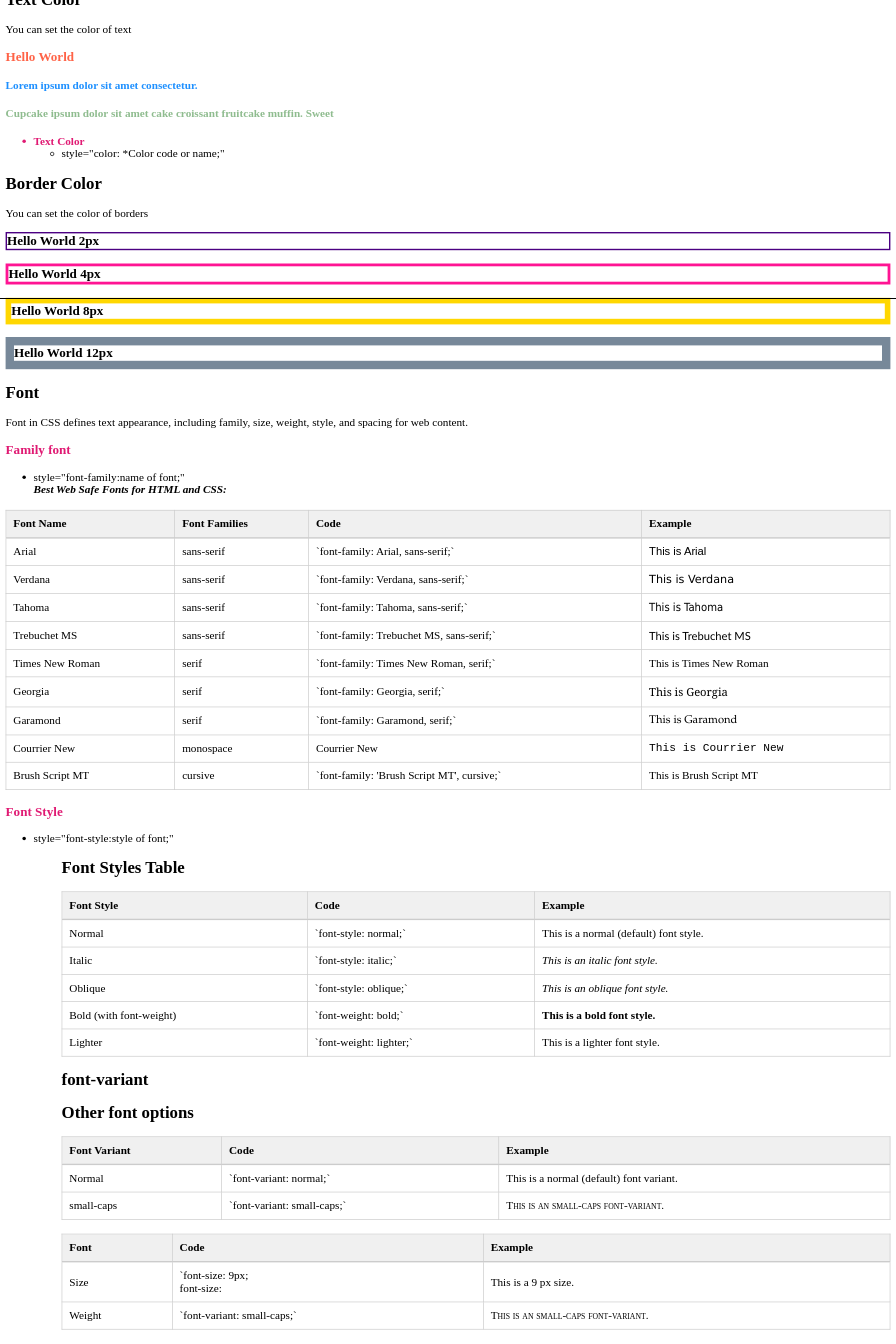
Repository: AnnaSpirit/2025_
Page: Bases/OK/HTML_Text_Formatting.html
These files come from the project's save history. The page is drawn as it stood at one moment and after a run of saves; the edit follows.
The browser window is 1280 px wide. The pictures show the part of the page from y = 2479 to 4399 px (the page is 4399 px tall), at 70% of full size.

Above is the page before, as saved 2025-01-09 16:51:43.

### Bases/OK/HTML_Text_Formatting.html
<!DOCTYPE html>
<html lang="en">

<head>
    <meta charset="UTF-8">
    <meta name="viewport" content="width=device-width, initial-scale=1.0">
    <title>HTML Text Formatting</title>
    <a href="HTML_Colors.html"></a>
</head>

<body>
    <h1>HTML contains several elements for defining text with a special meaning.</h1>
    <a href="HTML_Colors.html">
        <h2>Go Back: HTML_Colors</h2></a>
    <p>
    <ul>
        <li style="color:red;"> b< - >Bold text &#61 Strong;
            <ul>
                <li style="color:black;"><b>Bold</b> text</li>
            </ul>
        </li><br>
        <li style="color:red;"> strong< - >Important text &#61 Bold
            <ul>
                <li style="color:black;"><strong>Important</strong> text</li>
            </ul>
        </li><br>
        <li style="color:red;"> i< - >Italic text &#61 Emphasized
            <ul>
                <li style="color:black;"><i>Italic</i> text</li>
            </ul>
        </li><br>

        <li style="color:red;">em< - >Emphasized text &#61 Italic
            <ul>
                <li style="color:black;"><em>Emphasized</em> text</li>
            </ul>
        </li><br>
        <li style="color:red;"> u< - >Underlined text &#61 Inserted
            <ul>
                <li style="color:black;"><u>Underlined</u> text</li>
            </ul><br>
        <li style="color:red;">ins< - >Inserted text &#61 Underlined
            <ul>
                <li style="color:black;"><ins>Inserted</ins> text</li>
            </ul><br>
        <li style="color:red;">small< - >Smaller text
            <ul>
                <li style="color:black;"><small>Smaller</small> text</li>
            </ul>
        </li><br>
        <li style="color:red;">del< - >Deleted text &#61 Strikethrough
            <ul>
                <li style="color:black;"><del>Deleted</del> text</li>
            </ul>
        </li><br>
        <li style="color:red;">s< - >strikethrough text &#61 Deleted
            <ul>
                <li style="color:black;"><s>strikethrough</s> text</li>
            </ul>
        </li><br>
        <li style="color:red;"> mark< - >Marked text (Highlighted in yellow)
            <ul>
                <li style="color:black;"><mark>Marked</mark> text</li>
            </ul>
        </li><br>
        <li style="color:red;">sub< - >Subscript text
            <ul>
                <li style="color:black;"><sub>Subscript</sub> text</li>
            </ul>
        </li><br>
        <li style="color:red;">sup< - >Superscript text
            <ul>
                <li style="color:black;"><sup>Superscript</sup> text</li>
            </ul>
        </li>
    </ul>
    </p>
    <hr>
    <p>
    <h1>HTML Quotation and Citation Elements</h1>
    <h3>In this chapter we will go through the blockquote>,q>, abbr>, address>, cite>, and bdo> HTML elements.</h3>
    <ul>
        <li style="color:rgb(49, 169, 49);"> HTML blockquote> for Quotations
            <ul>
                <li style="color: black;">
                    <blockquote cite=" http://www.worldwildlife.org/who/index.html">For 60 years,...</blockquote>
                </li><br>
            </ul>
        <li style="color:rgb(49, 169, 49);"> HTML q> for Short Quotations
            <ul>
                <li style="color: black;"> WWF's goal is to: <q><em>Build a future where people live in harmony with
                            nature.</em></q></li>
            </ul>
        </li><br>
        <li style=" color:rgb(49, 169, 49);">HTML abbr> for Abbreviations
            <ul>
                <li style="color: black;">
                    <p>The <abbr title="World Health Organization">WHO</abbr> was founded in 1948.</p>
                </li>
            </ul>
        </li><br>
        <li style=" color:rgb(49, 169, 49);">HTML address> for Contact Information
            <ul>
                <li style="color: black;">
                    <address>
                        Written by John Doe.<br>
                        Visit us at:<br>
                        Example.com<br>
                        Box 564, Disneyland<br>
                        USA
                    </address>
                </li>
            </ul>
        </li><br>
        <li style=" color:rgb(49, 169, 49);">HTML cite> for Work Title
            <ul>
                <li style="color: black;">
                    <p><cite>The Scream</cite> by Edvard Munch. Painted in 1893.</p>
                </li>
            </ul>
        </li><br>
        <li style=" color:rgb(49, 169, 49);">HTML bdo> for Bi-Directional Override
            <ul>
                <li style="color: black;"><bdo dir="rtl">This text will be written from right to
                        left.</bdo><mark>||</mark>This text will be written from right to left.<br>
                    specific for <b>HEBREW</b> for example</li> <bdo dir="ltr">Left to Right</bdo>=
                LTR<mark>||</mark><bdo dir="rtl">Right to Left</bdo> = RTL
            </ul>
        </li>
    </ul>
    </h1>
    </p>
    <hr>
    <p>
    <h1>HTML_Colors</h1>
    <p>HTML colors are specified with predefined color names, or with RGB, HEX, HSL, RGBA, or HSLA values.</p>
    <a href="HTML_Colors.html">
        <h2>Colors Names</h2>
    </a>
    <p>In HTML, a color can be specified by using a color name</p>

    <h2>Color Values</h2>

    <p>In HTML, colors can also be specified using <b>RGB</b><sub> (value represents RED, GREEN, and BLUE light
            sources)</sub>, <b>HEX</b><sub>(hexadecimal color is specified with: #RRGGBB, where the RR (red), GG (green)
            and BB (blue) hexadecimal integers specify the components of the color.)</sub>, <b>HSL</b><sub> (stands for
            hue, saturation, and lightness.)</sub>, <b>RGBA</b><sub> (value is an extension of RGB with an Alpha channel
            (opacity)).</sub> and <b>HSLA</b><sub> (values are an extension of HSL with an Alpha channel
            (opacity)).</sub><br>

    <p>The following three elements have their background color set with RGB, HEX, and HSL values.<br>
    <h5>Ultramarine Blue</h5>
    <ul>
        <li style="background-color:rgb(77,106,255);">
            <h5>RGB (77,106,255)</h5>
        </li>
        <li style="background-color:#4D6AFF;">
            <h5>HEX #4D6AFF</h5>
        </li>
        <li style="background-color:HSL(230, 100%, 65%);">
            <h5>HSL (230, 100%, 65%)</h5>
        </li>
    </ul>
    <p>The following two elements have their background color set with RGBA and HSLA values, which add an Alpha channel
        to the color (here we have 50% and 20% transparency)</p>
    <ul>
        <li style="background-color:rgba(77,106,255, 0.5);">
            <h5>RGBA (77,106,255, 0.5) </h5>
        </li>
        <li style="background-color:HSL(230, 100%, 65%, 0.2);">
            <h5>HSLA (230, 100%, 65%, 0.2) </h5>
        </li>
    </ul>
    </p>
    <h2>Shades of Gray</h2>
    <p>Shades of gray are often defined using equal values for all three parameters: <br>
        &#9650; rgb(60, 60, 60),<br>
        &#9650; rgb(180, 180, 180)</p>

    <h2>Background Color</h2>

    <p>You can set the background color for HTML elements <br>
    <h3><em>style="property:value;"</em>: The property is a CSS property. The value is a CSS value.</h3>
    <h4 style="background-color:cyan;">Hello World</h4>
    <h5 style="background-color:Coral;">Lorem ipsum dolor sit amet.</h5>
    <ul>
        <li style="color:rgb(224, 26, 115);"><b>Background Color</b></li>
        <ul>
            <li>style="background-color: *Color code or name;"</li>
        </ul></ul>
    </p>

    <h2>Text Color</h2>

    <p>You can set the color of text <br>
    <h3 style="color:Tomato;">Hello World</h3>
    <h4 style="color:DodgerBlue;">Lorem ipsum dolor sit amet consectetur.</h4>
    <h4 style="color:DarkSeaGreen;">Cupcake ipsum dolor sit amet cake croissant fruitcake muffin. Sweet</h4>
    <ul>
        <li style="color:rgb(224, 26, 115);"><b>Text Color</b></li>
    <ul>
        <li>style="color: *Color code or name;"</li>
    </ul></ul>
    </p>

    <h2>Border Color</h2>

    <p>You can set the color of borders <br>
    <h3 style="border:2px solid indigo;">Hello World 2px</h3>
    <h3 style="border:4px solid DeepPink;">Hello World 4px</h3>
    <h3 style="border:8px solid Gold;">Hello World 8px</h3>
    <h3 style="border:12px solid LightSlateGrey;">Hello World 12px</h3>
    </p>

    <h2>Font</h2>

    <p>Font in CSS defines text appearance, including family, size, weight, style, and spacing for web content.<br>
        <h3 style="color:rgb(224, 26, 115);">Family font</font></h3>
    <ul>
        <li>style="font-family:name of font;"<br><em><b>Best Web Safe Fonts for HTML and CSS: </em></b></li>
    </ul>

    <table style="width: 100%; border-collapse: collapse; text-align: left; margin: 20px 0;">
        <thead>
            <tr style="background-color: #f0f0f0; border-bottom: 2px solid #ccc;">
                <th style="padding: 10px; border: 1px solid #ccc;">Font Name</th>
                <th style="padding: 10px; border: 1px solid #ccc;">Font Families</th>
                <th style="padding: 10px; border: 1px solid #ccc;">Code</th>
                <th style="padding: 10px; border: 1px solid #ccc;">Example</th>
            </tr>
        </thead>
        <tbody>
            <tr>
                <td style="padding: 10px; border: 1px solid #ccc;">Arial</td>
                <td style="padding: 10px; border: 1px solid #ccc;">sans-serif</td>
                <td style="padding: 10px; border: 1px solid #ccc;">`font-family: Arial, sans-serif;`</td>
                <td style="padding: 10px; border: 1px solid #ccc; font-family: Arial, sans-serif;">This is Arial</td>
            </tr>
            <tr>
                <td style="padding: 10px; border: 1px solid #ccc;">Verdana</td>
                <td style="padding: 10px; border: 1px solid #ccc;">sans-serif</td>
                <td style="padding: 10px; border: 1px solid #ccc;">`font-family: Verdana, sans-serif;`</td>
                <td style="padding: 10px; border: 1px solid #ccc; font-family: Verdana, sans-serif;">This is Verdana
                </td>
            </tr>
            <tr>
                <td style="padding: 10px; border: 1px solid #ccc;">Tahoma</td>
                <td style="padding: 10px; border: 1px solid #ccc;">sans-serif</td>
                <td style="padding: 10px; border: 1px solid #ccc;">`font-family: Tahoma, sans-serif;`</td>
                <td style="padding: 10px; border: 1px solid #ccc; font-family: Tahoma, sans-serif;">This is Tahoma</td>
            </tr>
            <tr>
                <td style="padding: 10px; border: 1px solid #ccc;">Trebuchet MS</td>
                <td style="padding: 10px; border: 1px solid #ccc;">sans-serif</td>
                <td style="padding: 10px; border: 1px solid #ccc;">`font-family: Trebuchet MS, sans-serif;`</td>
                <td style="padding: 10px; border: 1px solid #ccc; font-family: 'Trebuchet MS', sans-serif;">This is
                    Trebuchet MS</td>
            </tr>
            <tr>
                <td style="padding: 10px; border: 1px solid #ccc;">Times New Roman</td>
                <td style="padding: 10px; border: 1px solid #ccc;">serif</td>
                <td style="padding: 10px; border: 1px solid #ccc;">`font-family: Times New Roman, serif;`</td>
                <td style="padding: 10px; border: 1px solid #ccc; font-family: 'Times New Roman', serif;">This is Times
                    New Roman</td>
            </tr>
            <tr>
                <td style="padding: 10px; border: 1px solid #ccc;">Georgia</td>
                <td style="padding: 10px; border: 1px solid #ccc;">serif</td>
                <td style="padding: 10px; border: 1px solid #ccc;">`font-family: Georgia, serif;`</td>
                <td style="padding: 10px; border: 1px solid #ccc; font-family: Georgia, serif;">This is Georgia</td>
            </tr>
            <tr>
                <td style="padding: 10px; border: 1px solid #ccc;">Garamond</td>
                <td style="padding: 10px; border: 1px solid #ccc;">serif</td>
                <td style="padding: 10px; border: 1px solid #ccc;">`font-family: Garamond, serif;`</td>
                <td style="padding: 10px; border: 1px solid #ccc; font-family: Garamond, serif;">This is Garamond</td>
            </tr>
            <tr>
                <td style="padding: 10px; border: 1px solid #ccc;">Courrier New</td>
                <td style="padding: 10px; border: 1px solid #ccc;">monospace</td>
                <td style="padding: 10px; border: 1px solid #ccc;"><font-family>Courrier New</font-family>
                </td>
                <td style="padding: 10px; border: 1px solid #ccc; font-family:'Courier New', Courier, monospace";>This is Courrier New</td>
            </tr>
            <tr>
                <td style="padding: 10px; border: 1px solid #ccc;">Brush Script MT</td>
                <td style="padding: 10px; border: 1px solid #ccc;">cursive</td>
                <td style="padding: 10px; border: 1px solid #ccc;">`font-family: 'Brush Script MT', cursive;`</td>
                <td style="padding: 10px; border: 1px solid #ccc; font-family: 'Brush Script MT', cursive";>This is Brush Script MT</td>
            </tr></tbody></table>
        <h3 style="color:rgb(224, 26, 115);">Font Style</font>
</h3>
            <ul><li>style="font-style:style of font;"</li>
            <ul>
<section>
    <h2>Font Styles Table</h2>
    <table style="width: 100%; border-collapse: collapse; text-align: left; margin: 20px 0;">
        <thead>
            <tr style="background-color: #f0f0f0; border-bottom: 2px solid #ccc;">
                <th style="padding: 10px; border: 1px solid #ccc;">Font Style</th>
                <th style="padding: 10px; border: 1px solid #ccc;">Code</th>
                <th style="padding: 10px; border: 1px solid #ccc;">Example</th>
            </tr>
        </thead>
        <tbody>
            <tr>
                <td style="padding: 10px; border: 1px solid #ccc;">Normal</td>
                <td style="padding: 10px; border: 1px solid #ccc;">`font-style: normal;`</td>
                <td style="padding: 10px; border: 1px solid #ccc; font-style: normal;">This is a normal (default) font style.</td>
            </tr>
            <tr>
                <td style="padding: 10px; border: 1px solid #ccc;">Italic</td>
                <td style="padding: 10px; border: 1px solid #ccc;">`font-style: italic;`</td>
                <td style="padding: 10px; border: 1px solid #ccc; font-style: italic;">This is an italic font style.
                </td>
            </tr>
            <tr>
                <td style="padding: 10px; border: 1px solid #ccc;">Oblique</td>
                <td style="padding: 10px; border: 1px solid #ccc;">`font-style: oblique;`</td>
                <td style="padding: 10px; border: 1px solid #ccc; font-style: oblique;">This is an oblique font style.
                </td>
            </tr>
            <tr>
                <td style="padding: 10px; border: 1px solid #ccc;">Bold (with font-weight)</td>
                <td style="padding: 10px; border: 1px solid #ccc;">`font-weight: bold;`</td>
                <td style="padding: 10px; border: 1px solid #ccc; font-weight: bold;">This is a bold font style.</td>
            </tr>
            <tr>
                <td style="padding: 10px; border: 1px solid #ccc;">Lighter</td>
                <td style="padding: 10px; border: 1px solid #ccc;">`font-weight: lighter;`</td>
                <td style="padding: 10px; border: 1px solid #ccc; font-weight: lighter;">This is a lighter font style.
                </td>
            </tr>
        </tbody>
    </table>

    <h2>font-variant</h2>
    <table style="width: 100%; border-collapse: collapse; text-align: left; margin: 20px 0;">
        <thead>
            <tr style="background-color: #f0f0f0; border-bottom: 2px solid #ccc;">
                <th style="padding: 10px; border: 1px solid #ccc;">Font Variant</th>
                <th style="padding: 10px; border: 1px solid #ccc;">Code</th>
                <th style="padding: 10px; border: 1px solid #ccc;">Example</th>
            </tr>
        </thead>
        <tbody>
            <tr>
                <td style="padding: 10px; border: 1px solid #ccc;">Normal</td>
                <td style="padding: 10px; border: 1px solid #ccc;">`font-variant: normal;`</td>
                <td style="padding: 10px; border: 1px solid #ccc; font-variant: normal;">This is a normal (default) font variant.</td>
            </tr>
            <tr>
                <td style="padding: 10px; border: 1px solid #ccc;">small-caps</td>
                <td style="padding: 10px; border: 1px solid #ccc;">`font-variant: small-caps;`</td>
                <td style="padding: 10px; border: 1px solid #ccc; font-variant: small-caps;">This is an small-caps font-variant.</td>
            </tr>

<h2>Other font options</h2>
<table style="width: 100%; border-collapse: collapse; text-align: left; margin: 20px 0;">
    <thead>
        <tr style="background-color: #f0f0f0; border-bottom: 2px solid #ccc;">
            <th style="padding: 10px; border: 1px solid #ccc;">Font</th>
            <th style="padding: 10px; border: 1px solid #ccc;">Code</th>
            <th style="padding: 10px; border: 1px solid #ccc;">Example</th>
        </tr>
    </thead>
    <tbody>
        <tr>
            <td style="padding: 10px; border: 1px solid #ccc;">Size</td>
            <td style="padding: 10px; border: 1px solid #ccc;">`font-size: 9px;<br> font-size:</td>
            <td style="padding: 10px; border: 1px solid #ccc; font: size 9px;">This is a 9 px size.</td>
        </tr>
        <tr>
            <td style="padding: 10px; border: 1px solid #ccc;">Weight</td>
            <td style="padding: 10px; border: 1px solid #ccc;">`font-variant: small-caps;`</td>
            <td style="padding: 10px; border: 1px solid #ccc; font-variant: small-caps;">This is an small-caps
                font-variant.</td>
        </tr>

</section>

</li>
            </ul>
        </ul>
    </p>
    </p>
</body>

</html>

After the next 5 saves:
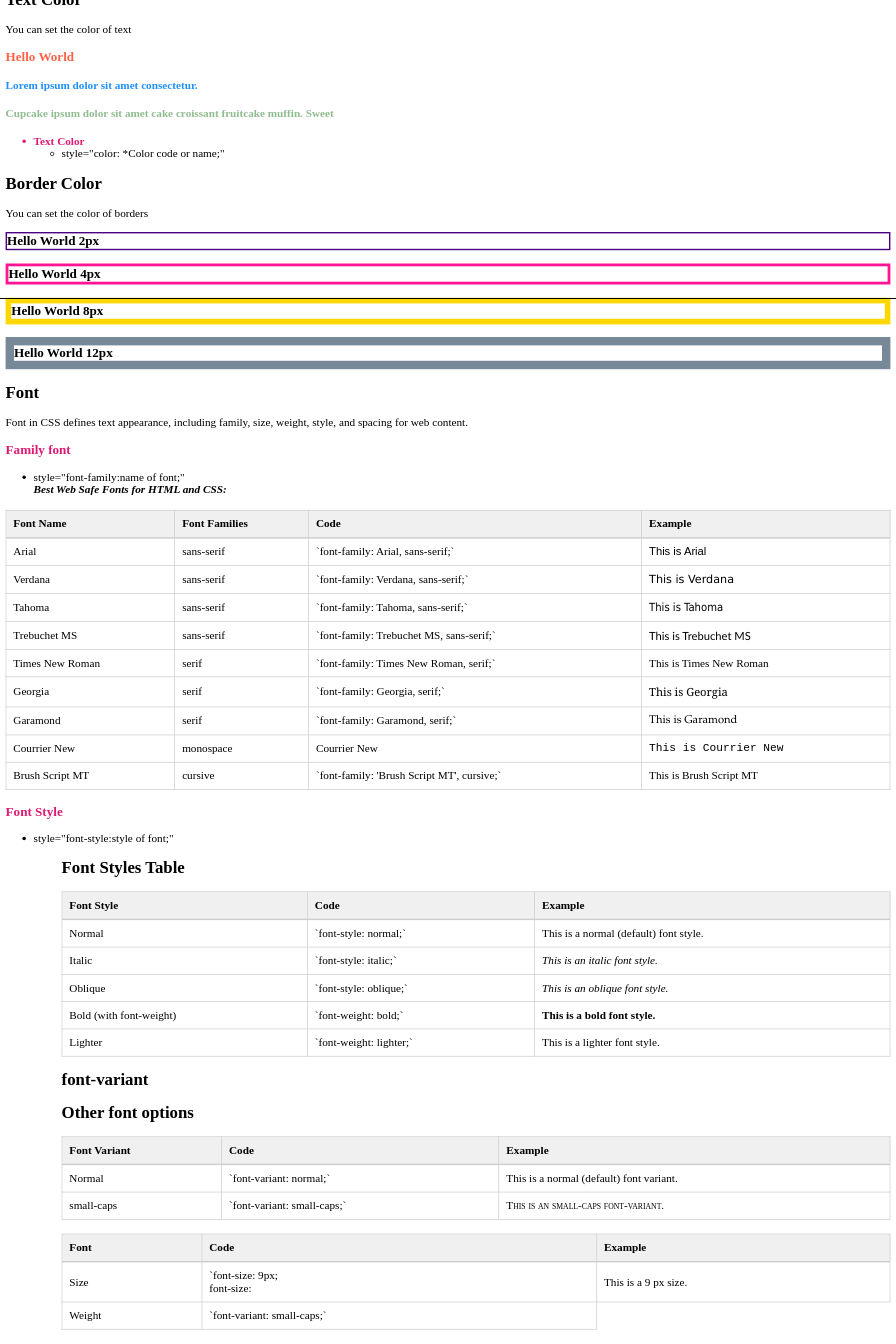
The 5 saves are shown as one change because they came seconds apart.
The last was saved 53 s later.
--- a/Bases/OK/HTML_Text_Formatting.html
+++ b/Bases/OK/HTML_Text_Formatting.html
@@ -373,7 +373,7 @@
         <tr>
             <td style="padding: 10px; border: 1px solid #ccc;">Weight</td>
             <td style="padding: 10px; border: 1px solid #ccc;">`font-variant: small-caps;`</td>
-            <td style="padding: 10px; border: 1px solid #ccc; font-variant: small-caps;">This is an small-caps
+            <td style="padding: 10px; border: 1px solid #ccc; font-wei >This is an small-caps
                 font-variant.</td>
         </tr>
 
